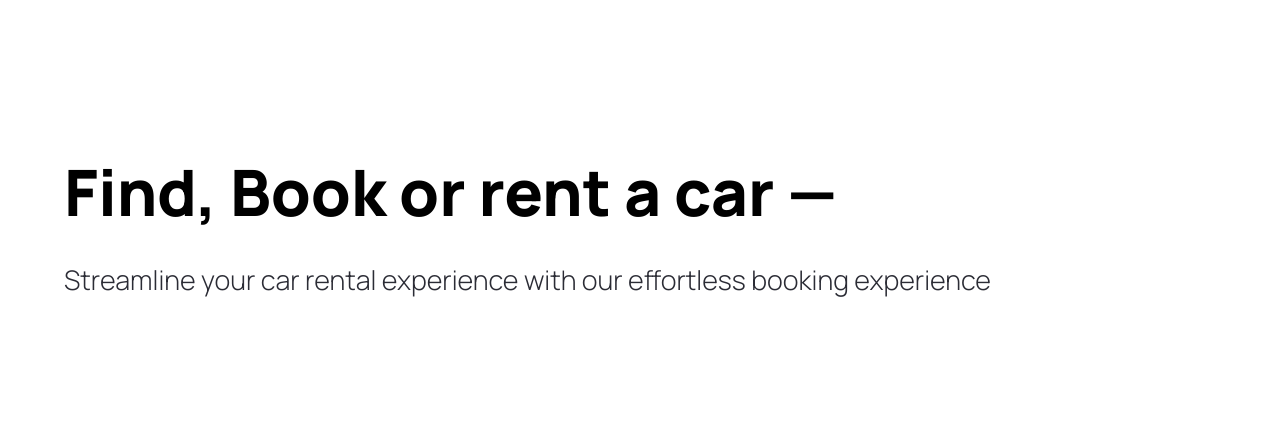
Repository: MikeeBuilds/driver
Page: /
An editor plug-in stored every save of this project. The page is shown before and after the next save, followed by the edit.
The browser window is 1280 px wide. The pictures show the whole page.
The project was rebuilt for these pictures with package versions that can differ from the ones it lists, and the page was loaded fresh each time. The framework's server and built-in components were replaced by stand-ins that run in the browser. Also part of the build but not shown: next.config.js.

Above is the page before, as saved 2023-06-21 21:39:42.

After the next save:
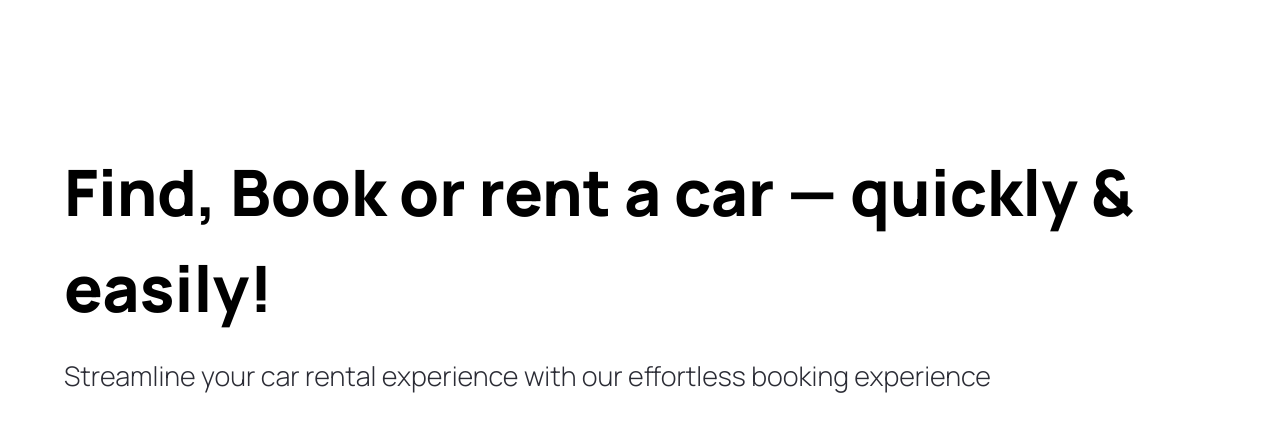
Saved 7 s later.
--- a/components/Hero.tsx
+++ b/components/Hero.tsx
@@ -6,7 +6,7 @@ const Hero = () => {
     <div className='hero'>
         <div className='flex-1 pt-36 padding-x'>
             <h1 className='hero__title'>
-                Find, Book or rent a car —
+                Find, Book or rent a car — quickly & easily!
             </h1>
 
             <p className='hero__subtitle'>
